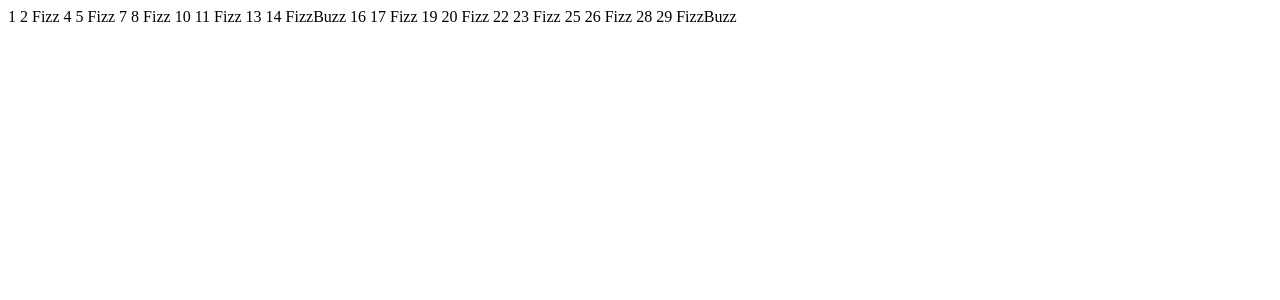
Repository: sat0113/Samurai_JS3
Page: http://localhost/for.php
The author's editor kept a record of every edit. The page is drawn from the files as they stood at one moment, then again after the next edit.
The browser window is 1280 px wide. The pictures show the whole page.
The page is run by PHP 8.4 with error messages shown; the project is at /var/www/html/.

Above is the page before.

After the next edit:
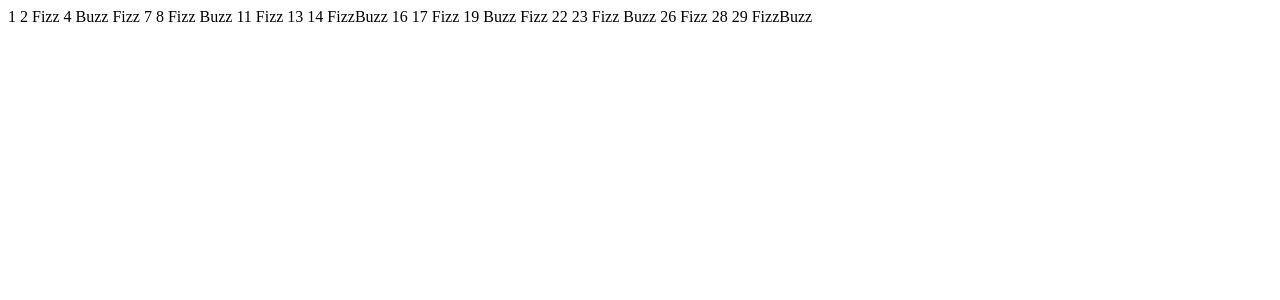
The edit:
--- a/for.php
+++ b/for.php
@@ -4,8 +4,8 @@
         print("FizzBuzz"."\n");
     }elseif($i % 3 == 0){
         print("Fizz"."\n");
-    }elseif($i % 15 == 0){
-        print("FizzBuzz"."\n");
+    }elseif($i % 5 == 0){
+        print("Buzz"."\n");
     }else{
         print($i."\n");
     }
